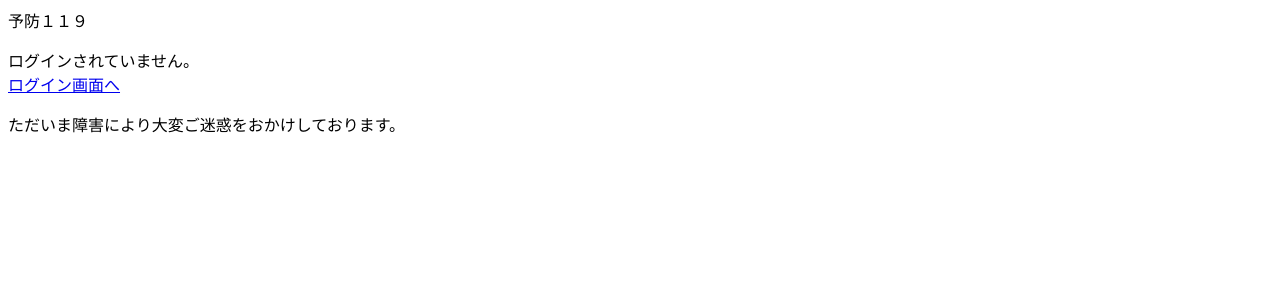
Repository: akarisuki/docker-taishobutu_app
Page: http://localhost/taishobutu_app/taishobutu/taishobutu_done.php
The author's editor kept a copy of each file at every save. The page is drawn from the files as they stood at one save, then again after the next save.
The browser window is 1280 px wide. The pictures show the whole page.
The page is run by PHP 8.4 with error messages shown; the project is at /var/www/html/.

Above is the page before, as saved 2023-12-29 19:15:54.

### src/taishobutu_app/taishobutu/taishobutu_done.php
<?php
error_reporting(0);

ob_start();
session_start();
session_regenerate_id(true);
$isLoggedIn = isset($_SESSION['name']);  // 例: $_SESSION['name'] にユーザーIDが保存されている場合をログイン済みとみなす



try{
    require_once '../common/config.php';
    include("../common/header.php");
    //データベースに接続するファイルを呼び出す。
    require_once '../common/db_operation/db_connect.php';
    include("../common/cookie_user.php");

    $post = $_POST;

    $fire_dept_code = (int)$_SESSION['fire_dept_code'];

    $appendix = (int)$post['appendix'];

    $taishobutu_name = $post['taishobutu_name'];

    $taishobutu_address = $post['taishobutu_address'];

    $taishobutu_tel = $post['taishobutu_tel'];

    $owners_name = $post['owners_name'];

    $owners_tel = $post['owners_tel'];

    $raw_total_area = $post['total_area'];
    $total_area = round((float)$raw_total_area, 2);
    $display_total_area = '';

    if (intval($total_area) === $total_area) {
        $display_total_area = intval($total_area);
    } else {
        $display_total_area = number_format($total_area, 2, '.', '');
    }


    $sql = <<<EOD
    INSERT INTO taishobutu_main SET  fire_dept_code = :fire_dept_code,
    appendix = :appendix ,taishobutu_name = :taishobutu_name,
    taishobutu_address = :taishobutu_address , taishobutu_tel = :taishobutu_tel,
    owners_name = :owners_name ,owners_tel = :owners_tel ,total_area = :total_area;
    EOD;

    $stmt = $db_host->prepare($sql);
    $stmt->bindValue(':fire_dept_code',$fire_dept_code, PDO::PARAM_INT);
    $stmt->bindValue(':appendix', $appendix, PDO::PARAM_INT);
    $stmt->bindValue(':taishobutu_name', $taishobutu_name, PDO::PARAM_STR);
    $stmt->bindValue(':taishobutu_address', $taishobutu_address, PDO::PARAM_STR);
    $stmt->bindValue(':taishobutu_tel', $taishobutu_tel, PDO::PARAM_STR);
    $stmt->bindValue(':owners_name', $owners_name, PDO::PARAM_STR);
    $stmt->bindValue(':owners_tel', $owners_tel, PDO::PARAM_STR);
    $stmt->bindValue(':total_area', $display_total_area, PDO::PARAM_STR);
    $stmt->execute();


    // 出力バッファをクリアしてバッファリングを終了
    $redirectUrl = '../taishobutu/taishobutu_index.php';
    echo '<script>window.location.href = "' . $redirectUrl . '";</script>';
    $_SESSION['flash'] = [
        'type' => 'success',
        'message' => '追加が完了しました。'
    ];
    exit;

} catch (PDOException $e){
    print'ただいま障害により大変ご迷惑をおかけしております。';

    exit();
}


?>

### src/taishobutu_app/common/config.php
<?php
// config.php
if ($_SERVER['HTTP_HOST'] == 'localhost:50080' || $_SERVER['HTTP_HOST'] == '127.0.0.1') {
  // 開発環境のURL
  define('BASE_URL', 'http://localhost:50080/taishobutu_app/');
} else {
  // 本番環境のURL
  define('BASE_URL', 'http://firedeptyobou119.com/');
}

?>

### src/taishobutu_app/common/header.php

<header>
  <nav id="navber" class="d-flex align-items-center">
    <div class="title">
      <p>予防１１９</p>
    </div>

    <div class="buttons d-flex justify-content-center">
      <?php if(isset($_SESSION['login'])):?>
        <a href="<?php echo BASE_URL; ?>taishobutu/taishobutu_add.php" class="button">対象物登録</a>
        <a href="<?php echo BASE_URL; ?>taishobutu/taishobutu_index.php" class="button">対象物一覧</a>
      <?php endif; ?>
    </div>

    <div class="user-info">
      <?php if(isset($_SESSION['login']) === false): ?>
        <p>ログインされていません。<br /><a href="<?php echo BASE_URL;?>/login/login.php">ログイン画面へ</a></p>
        <?php
          $dbHost = getenv('DB_HOST');
          $dbUser = getenv('DB_USER');
          $dbPassword = getenv('DB_PASSWORD');
          $dbName = getenv('DB_NAME');

        ?>
      <?php else: ?>
        <p><?= $_SESSION['name'] ?>さんログイン中</p>
        <form action="<?php echo BASE_URL;?>/login/logout.php" method="post">
          <button type="submit" class="button">ログアウト</button>
        </form>
      <?php endif; ?>
    </div>
  </nav>
</header>

### src/taishobutu_app/common/db_operation/db_connect.php
<?php

//PDOにてデータベースに接続
try {

    $db_name = 'mysql:dbname=taishobutu;host=db';
    $user = 'user';
    $password = 'pass';
    $driver_options = array(PDO::ATTR_PERSISTENT => true);
    $db_host = new PDO($db_name,$user,$password,$driver_options);
    $db_host->setAttribute(PDO::ATTR_ERRMODE,PDO::ERRMODE_EXCEPTION);


} catch (PDOException $e) {
//データベースへのアクセスが失敗した場合はエラーメッセージを表示
    echo 'ただいま接続障害が発生しております。'.$e->getMessage() . '<br/>恐れ入りますが時間を置いてから再度お試しください。';
    exit;

}



?>

### src/taishobutu_app/common/cookie_user.php
<?php
// check_user.php

if (isset($_COOKIE['userid'])) {
    // クッキーからユーザーIDを取得
    $userid = $_COOKIE['userid'];

    // ユーザーIDを使用してユーザー情報を取得
    $sql = 'SELECT * FROM firedept_staff WHERE code = :userid';
    $stmt = $db_host->prepare($sql);
    $stmt->bindValue(':userid', $userid, PDO::PARAM_INT);
    $stmt->execute();
    $user = $stmt->fetch(PDO::FETCH_ASSOC);

    if ($user) {
        // ユーザーが存在する場合、セッションにユーザー情報を保存
        $_SESSION['id'] = $user['code'];
        $_SESSION['name'] = $user['staff_name'];
        $_SESSION['fire_dept_code'] = $user['fire_dept_code'];
    } else {
        // ユーザーが存在しない場合、クッキーを削除
        setcookie('userid', '', time() - 3600);
    }
}

After the next save:
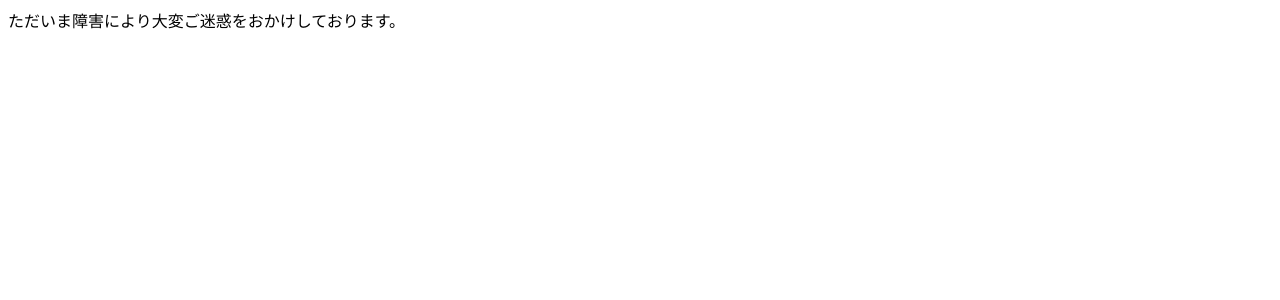
Saved 52 s later.
--- a/src/taishobutu_app/taishobutu/taishobutu_done.php
+++ b/src/taishobutu_app/taishobutu/taishobutu_done.php
@@ -10,7 +10,7 @@ $isLoggedIn = isset($_SESSION['name']);  // 例: $_SESSION['name'] にユーザ
 
 try{
     require_once '../common/config.php';
-    include("../common/header.php");
+    //include("../common/header.php");
     //データベースに接続するファイルを呼び出す。
     require_once '../common/db_operation/db_connect.php';
     include("../common/cookie_user.php");
